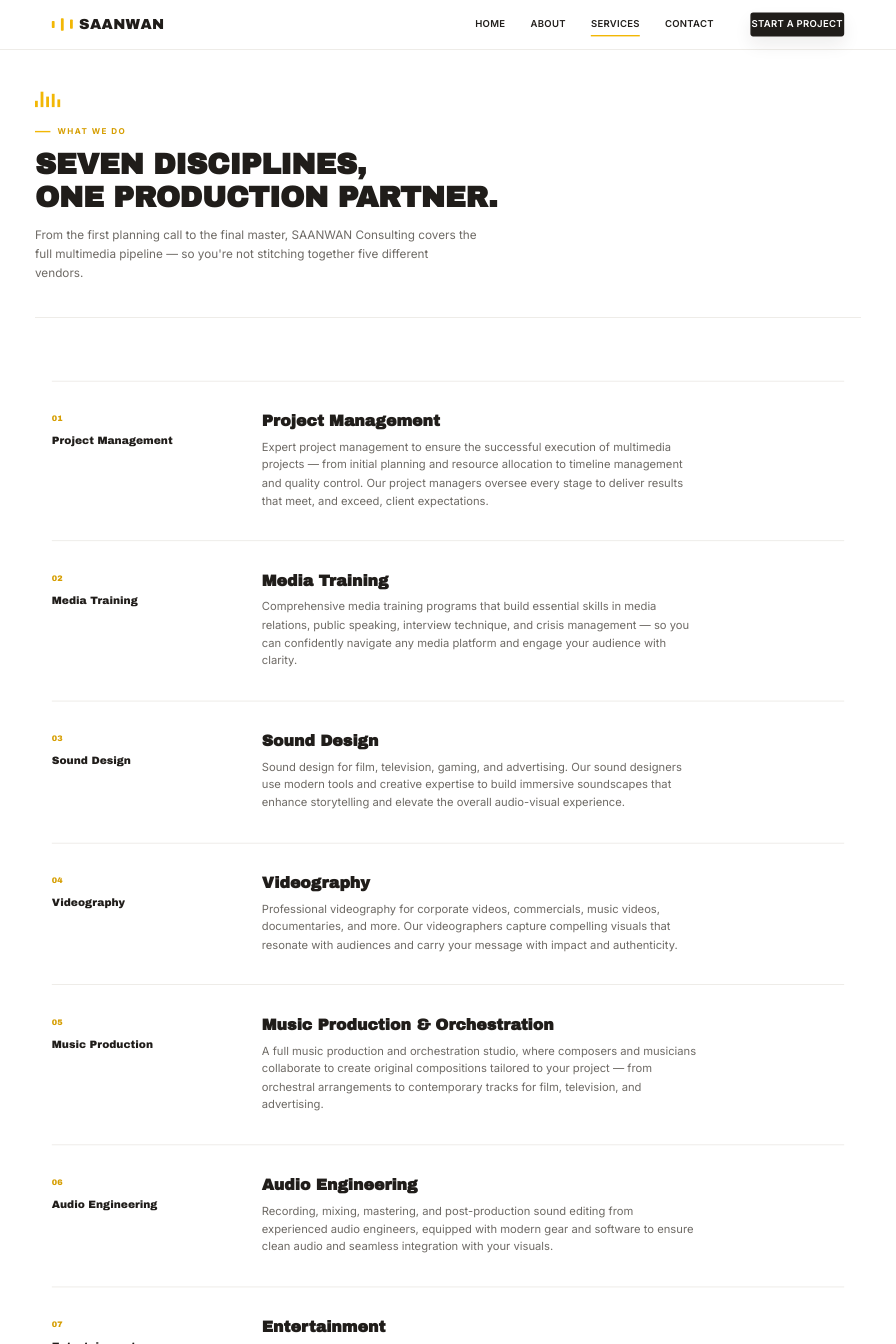
Repository: joshuaonazi/saanwan
Page: services.html
The author's editor kept a copy of each file at every save. The page is drawn from the files as they stood at one save, then again after the next save.
The browser window is 1280 px wide. The pictures show the part of the page from y = 0 to 1920 px (the page is 3247 px tall before and 3221 px after), at 70% of full size.

Above is the page before, as saved 2026-07-11 00:04:43.

After the next save:
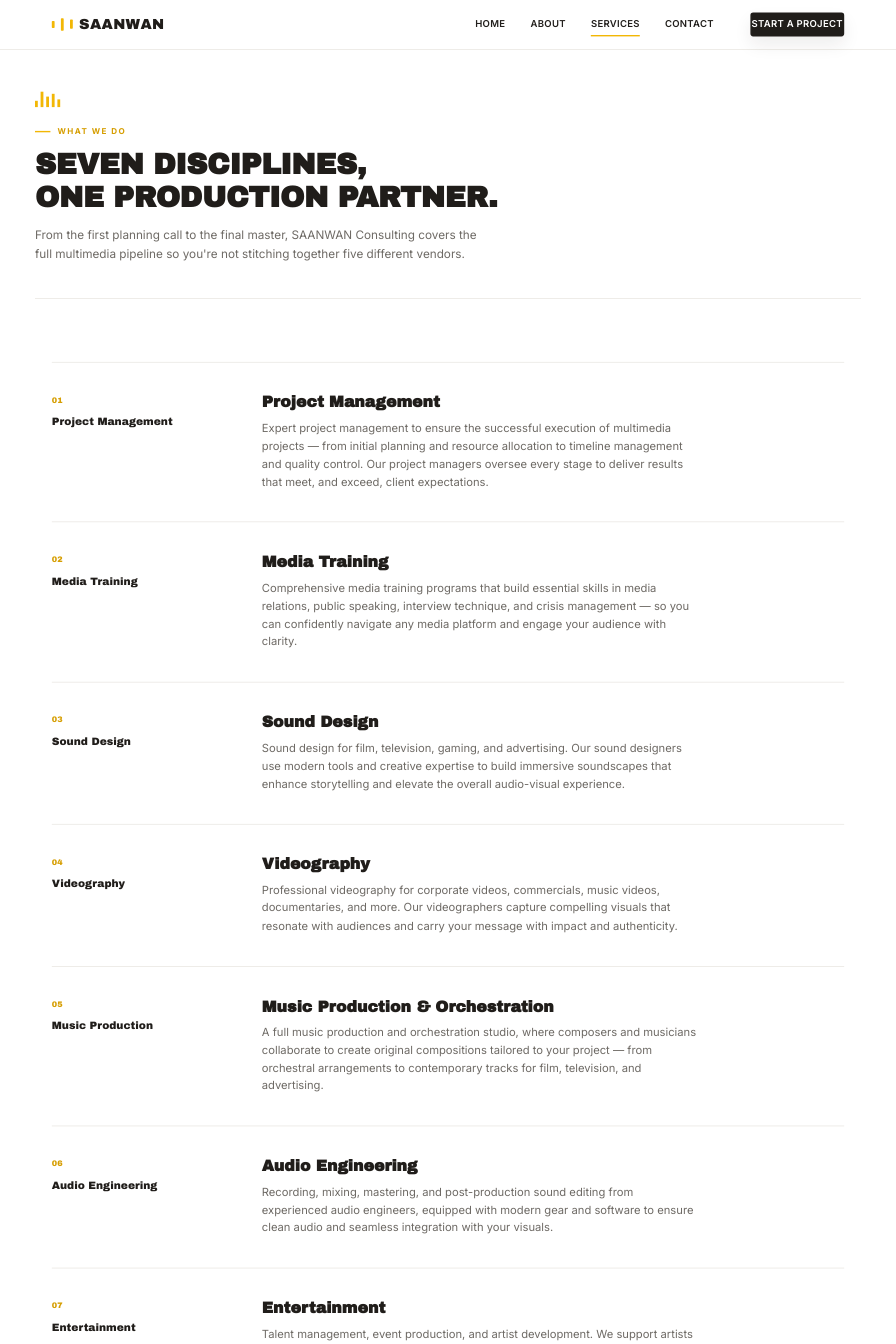
Saved 40 s later.
--- a/services.html
+++ b/services.html
@@ -37,7 +37,7 @@
     <div class="eq-divider"><span></span><span></span><span></span><span></span><span></span></div>
     <span class="eyebrow">What We Do</span>
     <h2>Seven disciplines, <br>one production partner.</h2>
-    <p>From the first planning call to the final master, SAANWAN Consulting covers the full multimedia pipeline — so you're not stitching together five different vendors.</p>
+    <p>From the first planning call to the final master, SAANWAN Consulting covers the full multimedia pipeline so you're not stitching together five different vendors.</p>
   </section>
 
   <section class="section">
